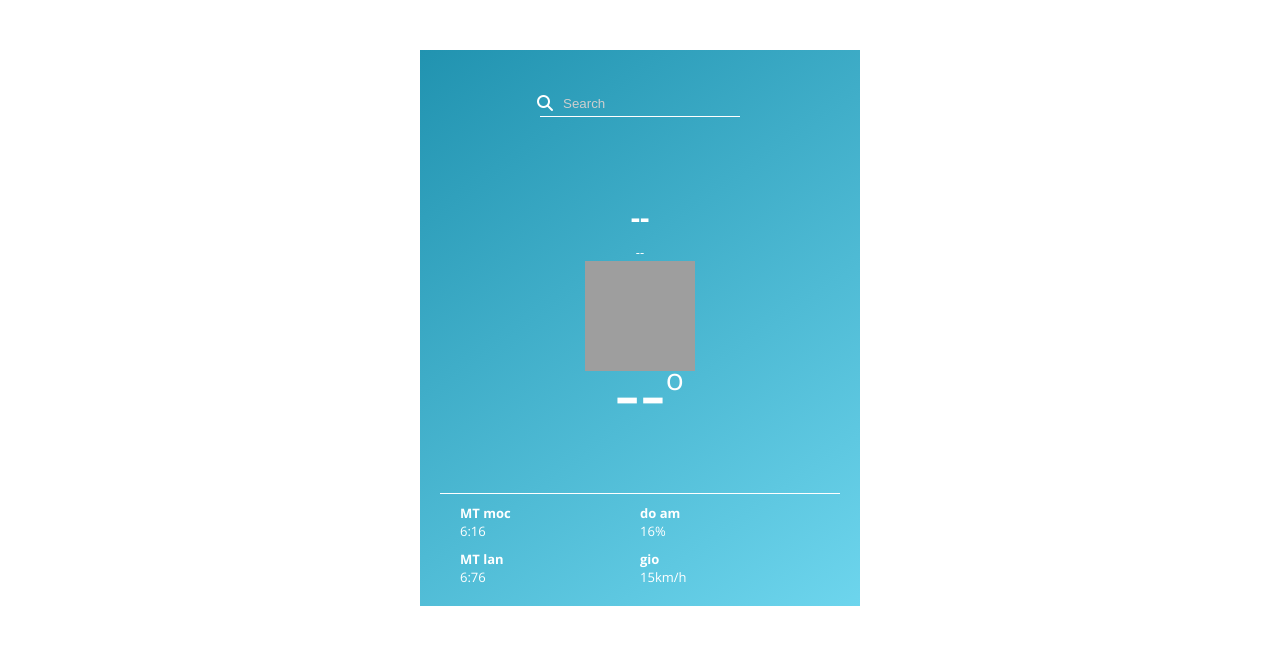
Repository: tienbkvn0605/weatherApp
Page: index.html
The author's editor kept a copy of each file at every save. The page is drawn from the files as they stood at one save, then again after the next save.
The browser window is 1280 px wide. The pictures show the whole page.
Pictures or frames that could not be fetched are drawn as grey boxes.

Above is the page before, as saved 2022-10-12 23:54:41.

### index.html
<!DOCTYPE html>
<html lang="en">
  <head>
    <meta charset="UTF-8" />
    <meta http-equiv="X-UA-Compatible" content="IE=edge" />
    <meta name="viewport" content="width=device-width, initial-scale=1.0" />
    <script src="moment.js"></script>
    <link
      rel="stylesheet"
      href="https://cdnjs.cloudflare.com/ajax/libs/font-awesome/6.2.0/css/all.min.css"
      integrity="sha512-xh6O/CkQoPOWDdYTDqeRdPCVd1SpvCA9XXcUnZS2FmJNp1coAFzvtCN9BmamE+4aHK8yyUHUSCcJHgXloTyT2A=="
      crossorigin="anonymous"
      referrerpolicy="no-referrer"
    />
    <link
      href="https://fonts.googleapis.com/css2?family=Open+Sans:ital,wght@0,300;0,700;1,400&display=swap"
      rel="stylesheet"
    />
    <link rel="stylesheet" href="appstyle.css" />
    <title>Get Weather</title>
  </head>
  <body>
    <div class="container">
      <div class="main-section">
        <div class="search-bar">
          <i class="fa fa-search" aria-hidden="true"></i>
          <input
            lang="ja"
            type="text"
            placeholder="Search"
            id="search-input"
            name="serch-city"
          />
        </div>
        <div class="info-wrapper">
          <p class="city-name">--</p>
          <p class="weather-state">--</p>
          <img
            src="http://openweathermap.org/img/wn/10d@2x.png"
            alt="weather icon"
            class="weather-icon"
          />
          <p class="temperature">--</p>
        </div>
      </div>
      <div class="additional-section">
        <div class="row">
          <div class="item">
            <div class="lable">MT moc</div>
            <div class="value sunrise">6:16</div>
          </div>
          <div class="item">
            <div class="lable">MT lan</div>
            <div class="value sundown">6:76</div>
          </div>
        </div>
        <div class="row">
          <div class="item">
            <div class="lable">do am</div>
            <div class="value"><span class="humidity">16</span>%</div>
          </div>
          <div class="item">
            <div class="lable">gio</div>
            <div class="value"><span class="wind-speed">15</span>km/h</div>
          </div>
        </div>
      </div>
    </div>
  </body>
  <script src="index.js"></script>
</html>

### appstyle.css
* {
  padding: 0;
  margin: 0;
}
body {
  font-family: "Open Sans", sans-serif;
}
.container {
  color: white;
  width: 400px;
  background: linear-gradient(145deg, #2193b0, #6dd5ed);
  margin: 50px auto;
  padding: 20px;
}
.search-bar {
  width: 50%;
  margin: 0 auto;
  padding-top: 20px;
  display: flex;
  align-items: center;
  justify-content: center;
  position: relative;
  border-bottom: 1px solid white;
}
.search-icon {
  margin-right: 5px;
  position: absolute;
  left: 0;
}
#search-input {
  left: 0;
  border: 0;
  outline: 0;
  padding: 3px 3px 3px 10px;
  background: transparent;
  height: 20px;
  color: white;
}
#search-input::placeholder {
  color: rgb(206, 206, 206);
}
.info-wrapper {
  display: flex;
  align-items: center;
  flex-direction: column;
  height: 30vh;
  padding: 80px 50px;
}
.city-name {
  font-size: 29px;
  margin-bottom: 7px;
  font-weight: 600;
}
.weather-state {
  font-size: 13px;
}
.weather-icon {
  width: 110px;
  height: 110px;
}
.temperature {
  font-size: 80px;
  font-weight: lighter;
  line-height: 0.5;
  position: relative;
}
.temperature::after {
  content: "o";
  position: absolute;
  font-size: 30px;
}
.additional-section {
  position: relative;
  border-top: 1px solid white;
  display: flex;
  padding: 10px 20px;
  font-size: 13px;
}
.additional-section .row {
  width: 50%;
}
.additional-section .item {
  margin-bottom: 10px;
}
.additional-section .item:nth-child(even) {
  margin-bottom: -10px;
}
.lable {
  font-weight: bold;
}

### index.js
const APP_ID = 'cf26e7b2c25b5acd18ed5c3e836fb235';
const DEFAULT_VALUE = '--';
const searchInput = document.querySelector('#search-input');
const cityName = document.querySelector('.city-name');
const weatherState = document.querySelector('.weather-state');
const weatherIcon = document.querySelector('.weather-icon');
const temperature = document.querySelector('.temperature');


const sunrise = document.querySelector('.sunrise');
const sunset = document.querySelector('.sunset');
const humidity = document.querySelector('.humidity');
const windSpeed = document.querySelector('.wind-speed');


searchInput.addEventListener('change', (e) => {
    fetch(`https://api.openweathermap.org/data/2.5/weather?q=${e.target.value}&appid=${APP_ID}&units=metric&lang=vi`)
        .then(async res => {
            const data = await res.json();
            console.log('[Search Input]', data);
            cityName.innerHTML = data.name || DEFAULT_VALUE;
            weatherState.innerHTML = data.weather[0].description || DEFAULT_VALUE;
            weatherIcon.setAttribute('src', `http://openweathermap.org/img/wn/${data.weather[0].icon}@2x.png`);
            temperature.innerHTML = Math.round(data.main.temp) || DEFAULT_VALUE;

            sunrise.innerHTML = moment.unix(data.sys.sunrise).format('H:mm') || DEFAULT_VALUE;
            sunset.innerHTML = moment.unix(data.sys.sunset).format('H:mm') || DEFAULT_VALUE;
            humidity.innerHTML = data.main.humidity || DEFAULT_VALUE;
            windSpeed.innerHTML = (data.wind.speed * 3.6).toFixed(2) || DEFAULT_VALUE;
        });
});

Loaded but not shown: moment.js (library)

After the next save:
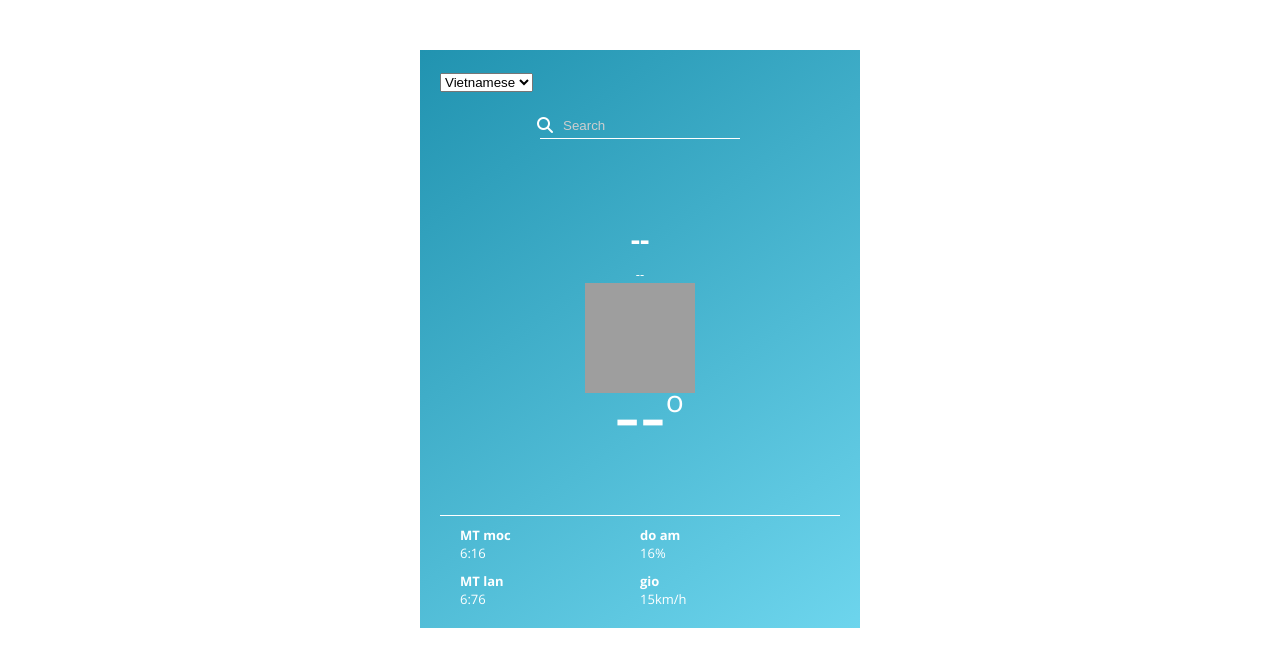
Saved 102 min 58 s later.
--- a/index.html
+++ b/index.html
@@ -22,6 +22,12 @@
   <body>
     <div class="container">
       <div class="main-section">
+        <div class="select-language">
+          <select>
+            <option value="vi" class="language-vi">Vietnamese</option>
+            <option value="ja" class="language-ja">Japanese</option>
+          </select>
+        </div>
         <div class="search-bar">
           <i class="fa fa-search" aria-hidden="true"></i>
           <input
